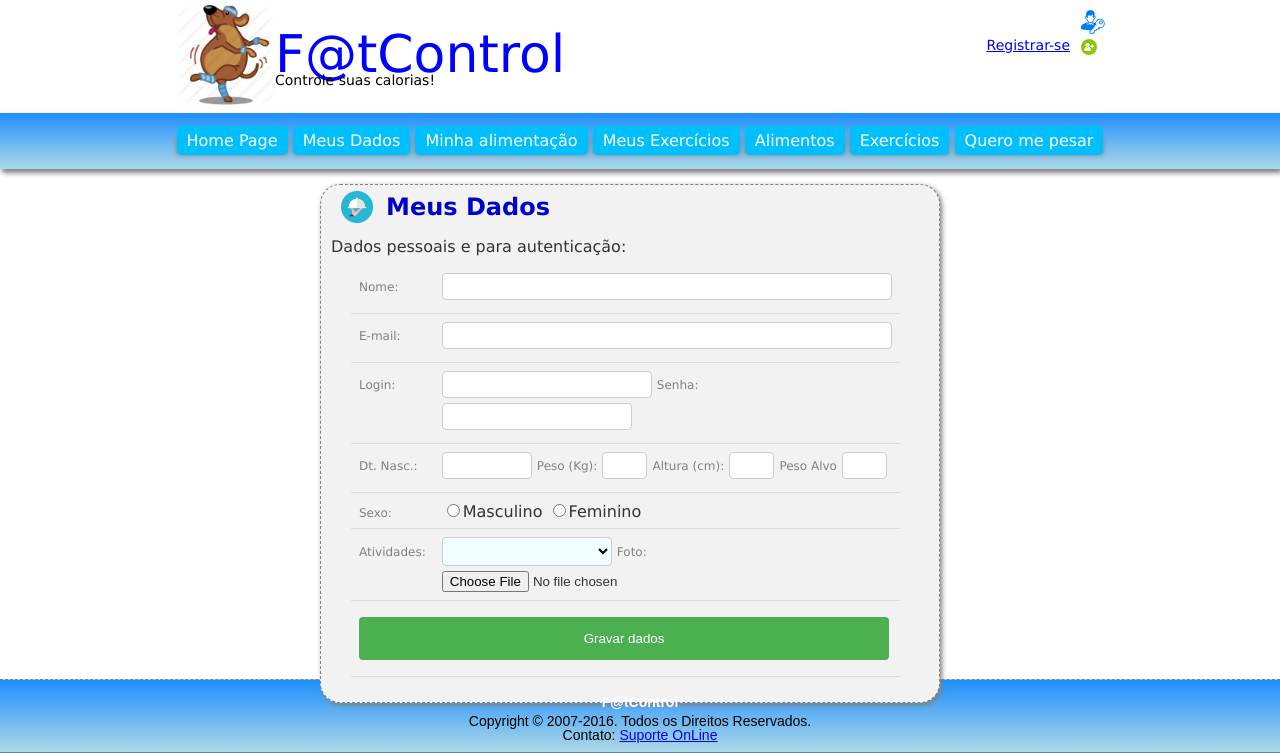
Repository: vinicius-colutti/FatControl-JavaWeb-Project
Page: http://localhost/Final/cadastro.jsp
The author's editor kept a copy of each file at every save. The page is drawn from the files as they stood at one save, then again after the next save.
The browser window is 1280 px wide. The pictures show the whole page.
The page is served by Tomcat 9. Other server files are loaded and not shown. Queries for data that is not in the repository find no rows.

Above is the page before, as saved 2016-12-03 23:30:08.

### jee/Final/WebContent/cadastro.jsp
<%@page import="br.com.fatcontrol.DAO.AtividadeDAO"%>
<%@page import="br.com.fatcontrol.model.Atividade"%>
<%@page import="java.util.List"%>
<%@page import="java.sql.Connection"%>
<%@ page language="java" contentType="text/html; charset=ISO-8859-1"
    pageEncoding="ISO-8859-1"%>

<!DOCTYPE html>
<html>
	<head>
	<%
		AtividadeDAO atividade = new AtividadeDAO();
		List<Atividade> listaAtividade  = atividade.listarAtividade();

	%>
		<meta http-equiv="Content-Type" content="text/html; charset=ISO-8859-1">
		<title>Cadastrar-se</title>
		<link rel="stylesheet" href="css/reset.css">
		<link rel="stylesheet" href="css/estilo.css">
	</head>
		<!-- HEADER -->
		<%@include file="header.jsp"%>
		<!-- FIM HEADER -->

		<body>
			<!-- CONTEÚDO -->
		<div class="conteudo" style=" margin-right:400px;">
			<div class="direita">
				<div class="conteudoDireita">
					<h4 class="tituloMenuDir">Meus Dados</h4>

					<form action="GravarUsuario" method="post" enctype="">
						<fieldset style="display: inline-block;">
							<legend>Dados pessoais e para autenticação:</legend>


								<table style="margin-left: 20px">
									<tr>
										<td><label for="txtNome">Nome:</label></td>
										<td><input type="text" name="txtNome" style="width: 450px;"></td>
									</tr>

									<tr>
										<td><label for="txtEmail">E-mail:</label></td>
										<td><input type="text" name="txtEmail" style="width: 450px;"></td>
									</tr>

									<tr>
										<td><label for="txtLogin">Login:</label></td>
										<td><input  type="text" name="txtLogin" style="width: 210px;"> <label for="txtSenha">Senha:</label>
												<input  type="text" name="txtSenha" style="width: 190px;"></td>
									</tr>

									<tr>
										<td><label for="txtDtNasc">Dt. Nasc.:</label></td>
										<td><input  type="text" name="txtDtNasc" style="width: 90px;">
												<label for="txtPeso">Peso (Kg):</label>
												<input type="text" name="txtPeso" style="width: 45px;">
												<label for="txtAltura">Altura (cm):</label>
												<input type="text" name="txtAltura" style="width: 45px;">
												<label for="txtPesoAlvo">Peso Alvo</label>
												<input type="text" name="txtPesoAlvo" style="width: 45px;"> </td>








									</tr>

									<tr>
										<td><label for="rdSexo">Sexo:</label></td>
										<td><input type="radio" name="rdSexo" value="M">Masculino
												<input type="radio" name="rdSexo" value="F">Feminino<br></td>

									</tr>

									<tr>
										<td><label for="cbAtividades">Atividades:</label></td>
										<td><select name="idAtividade" style="width: 170px; background-color: #F0FFFF;">

													<%
														for (int i = 0; i < listaAtividade.size() ; i++){
															out.print("<option value='" + listaAtividade.get(i).getIdAtividade() + "'>" + listaAtividade.get(i).getDescricao() + "</option>");
														}
													%>
												</select>
												<label for="txtFoto">Foto:</label> <input type="file" name="txtFoto" style="width: 240px;"></td>
									</tr>

									<tr>
										<td colspan="2" align="right"><input type="submit" value="Gravar dados"  style="margin-top: 8px; width: 530px;"></td>
									</tr>

								</table>

						</fieldset>
					</form>

				</div>
			</div>
		</div>
		<!-- FIM CONTEÚDO -->
		<!-- RODAPÉ -->
		<%@include file="footer.jsp"%>
		<!-- FIM RODAPÉ -->

		</body>
</html>

### jee/Final/WebContent/header.jsp

<!-- HEADER -->
<div class="container">
	<div style="padding-left: 5px; padding-right: 5px">
		<header>
			<h1>
				<img alt="FatControl" src="images/logo2.png" width="100"
					height="100">
			</h1>
			<p class="logo">F@tControl</p>
			<p class="subtitulo">Controle suas calorias!</p>
			<p class="login">

				<!--  <a href="#">Login</a>-->
			</p>
			<p class="registrar">
				<a href="cadastro.jsp">Registrar-se</a>
			</p>
		</header>
	</div>
</div>

<nav class="menu-sup">
	<ul>
		<li><a href="index.jsp">Home Page</a></li>
		<li><a href="meusdados.jsp">Meus Dados</a></li>
		<li><a href="minhaalimentacao.jsp">Minha alimentação</a></li>
		<li><a href="#">Meus Exercícios</a></li>
		<li><a href="alimentos.jsp">Alimentos</a></li>
		<li><a href="#">Exercícios</a></li>
		<li><a href="#">Quero me pesar</a></li>
	</ul>
</nav>
<!-- FIM HEADER -->

### jee/Final/WebContent/footer.jsp
<!-- RODAPÉ -->
<div class="rodape">
	<footer>
		<p style="color:white; font-weight: bold; margin-bottom: 5px;">F@tControl</p>
		<p>Copyright © 2007-2016. Todos os Direitos Reservados.</p>
		<p style="margin-bottom: 10px;">Contato: <a href="mailto:suporte@afinasoft.com.br">Suporte OnLine</a></p>
	</footer>
</div>
<!-- FIM RODAPÉ -->

### jee/Final/src/br/com/fatcontrol/DAO/AtividadeDAO.java
package br.com.fatcontrol.DAO;

import java.sql.Connection;
import java.sql.PreparedStatement;
import java.sql.ResultSet;
import java.sql.SQLException;
import java.util.ArrayList;
import java.util.List;

import br.com.fatcontrol.DBUtils.Conexao;
import br.com.fatcontrol.model.Atividade;

public class AtividadeDAO {

	public List<Atividade> listarAtividade(){
		List<Atividade> listaAtividade = new ArrayList();
		Connection con = null;

		try{
			con = Conexao.abrirConexao();

			String sql = "SELECT * FROM tbl_atividade";
			PreparedStatement st = con.prepareStatement(sql);
			ResultSet rs = st.executeQuery();



			while(rs.next()){

				Atividade atividade = new Atividade();
				atividade.setDescricao(rs.getString("descricao"));
				atividade.setIdAtividade(Integer.parseInt(rs.getString("idAtividade")));
				System.out.println(atividade.getDescricao());
				listaAtividade.add(atividade);


			}

			Conexao.fecharConexao(con);


		}catch(SQLException erro){

			System.out.println("erro" + erro.getMessage());
		}catch(Exception e){
			System.out.println("Erro comum" + e.getMessage());
		}


		return listaAtividade;


	}


}

### jee/Final/src/br/com/fatcontrol/DBUtils/Conexao.java
package br.com.fatcontrol.DBUtils;
import java.sql.Connection;
import java.sql.DriverManager;
import java.sql.SQLException;

public class Conexao {
public static Connection abrirConexao(){

		Connection con = null;
		String caminho = "jdbc:mysql://localhost:3306/fatcontrol?user=root&password=bcd127";




		try{
			Class.forName("com.mysql.jdbc.Driver").newInstance();
			con = DriverManager.getConnection(caminho);

		}catch(Exception e){

			System.out.println(e.getMessage());

		}
		return con;

	}

	public static void fecharConexao(Connection con){

		if (con != null){
			try {
				con.close();
			} catch (SQLException e) {
				System.out.println(e.getMessage());
			}

		}

	}

}

### jee/Final/WebContent/css/estilo.css
body {
	color: #333333;
	font-family: "Lucida Sans Unicode", "Lucida Grande", sans serif;
}

.container {
	margin: 0 auto;
	width: 940px;
	padding-bottom: 5px;
	padding-top: 5px;
	padding-left: 0px;
	padding-right: 0px;
}

.conteudo {
	margin: 0 auto;
	margin-top: 5px;
	width: 940px;
	padding-bottom: 5px;
	padding-top: 5px;
	padding-left: 0px;
	padding-right: 0px;
	background-color:;
}

header {
	position: relative;
}

.logo {
	position: absolute;
	top: 18px;
	right: 0;
	font-size: 52px;
	width: 830px;
	height: 26px;
	padding-top: 5px;
	color: #0000FF;
}

.subtitulo {
	position: absolute;
	top: 18px;
	right: 0;
	font-size: 14px;
	width: 830px;
	height: 26px;
	padding-top: 50px;
	color: #000;
}

.login {
	position: absolute;
	top: 0;
	right: 0;
	background: url(../images/login24.png) no-repeat right;
	font-size: 14px;
	padding-right: 35px;
	padding-top: 0px;
	text-align: right;
	width: 200px;
	height: 26px;
	padding-top: 8px;
}

.registrar {
	position: absolute;
	top: 25px;
	right: 8px;
	background: url(../images/user.png) no-repeat right;
	font-size: 14px;
	padding-right: 27px;
	padding-top: 0px;
	text-align: right;
	width: 200px;
	height: 26px;
	padding-top: 8px;
}

.menu-sup {
	margin-top: 0px;
	/*background-color: #0000CD;*/
	background: linear-gradient(#1E90FF, #ADD8E6);
	box-shadow: 2px 4px 5px grey;
}

.menu-sup ul {
	font-size: 16px;
	padding-bottom: 20px;
	padding-top: 20px;
	padding-right: 0px;
	padding-left: 0px;
	text-align: center;
}

.menu-sup ul li {
	height: 50px;
	display: inline;
	margin-left: 0px;
	box-shadow: 0px 5px 5px grey;
}

.menu-sup a:hover {
	color: yellow;
	background-color: #6495ED;
}

.menu-sup a:VISITED {
	color: white;
}

.menu-sup a:LINK {
	color: white;
}

.menu-sup a {
	background-color: #00BFFF;
	padding-bottom: 5px;
	padding-top: 5px;
	padding-right: 10px;
	padding-left: 10px;
	border-radius: 5px;
	text-decoration: none;
}

.rodape {
	clear: both;
	margin-top : 5px;
	/*background-color: #0000CD;*/
	background: linear-gradient(#1E90FF, #ADD8E6);*/
	/*box-shadow: 0px 2px 5px grey;*/
	padding-bottom: 20px;
	padding-top: 15px;
	padding-right: 0px;
	padding-left: 0px;
	text-align: center;
	color: black;
	font-family: "Arial";
	font-size: 14px;
	margin-top: 5px;
	border-top: 1px dashed gray;
	border-bottom: 1px dashed gray;
}

.esquerda {
	float: left;
	margin-right: 0px;
	width: 310px;
	height: 500px;
	margin-bottom: 5px;
}

.direita {
	float: right;
	margin-left: 5px;
	width: 620px;
	height: 500px;
}

.tituloMenuEsq {
	padding-top: 10px;
	padding-bottom: 10px;
	padding-left: 45px;
	color: #0000CD;
	font-size: 24px;
	font-weight: bold;
	border-bottom: 0px solid gray;
	background: url(../images/perfil2.png) no-repeat left;
	margin-left: 20px;
}

.tituloMenuDir {
	padding-top: 10px;
	padding-bottom: 10px;
	padding-left: 45px;
	color: #0000CD;
	font-size: 24px;
	font-weight: bold;
	border-bottom: 0px solid gray;
	background: url(../images/food2.png) no-repeat left;
	margin-left: 20px;
}

.tituloConteudo {
	padding-top: 10px;
	padding-bottom: 10px;
	padding-left: 65px;
	color: #0000CD;
	font-size: 24px;
	font-weight: bold;
	border-bottom: 0px solid gray;
	background: url(../images/food.png) no-repeat left;

}

.imgperfil {
	margin-top: 0px;
	text-align: center;
	border-radius: 70px;
}

.conteudoEsquerdo {
	border: 1px dashed gray;
	border-radius: 20px;
	margin-top: 5px;
	background-color:  #f2f2f2;
	box-shadow: 2px 2px 5px gray;
}

.conteudoDireita {
	border: 1px dashed gray;
	border-radius: 20px;
	margin-top: 5px;
	background-color:  #f2f2f2;
	box-shadow: 2px 2px 5px gray;
}

.destaque {
	font-size: 20px;
	font-weight: bold;
	color: gray;
	margin-top: 2px;
	text-align: center;
	margin-bottom: 20px;
}

.tabelaEsq {
	font-size: 16px;
	font-weight: bold;
	color: gray;
	margin-top: 2px;
	padding: 20px;
}

.tabelaPerfil {
	border-collapse: collapse;
	width: 95%;
	margin-left: 5px;
	margin-right: 10px;
	font-size: 14px;
	margin-bottom: 22px;
}

.tabelaCalorias {
	border-collapse: collapse;
	width: 95%;
	/*margin-left: 15px;
	margin-right: 10px;*/
	margin: auto;
	font-size: 14px;
	margin-bottom: 12px;
}

tr, td {
	padding: 8px;
	text-align: left;
	border-bottom: 1px solid #ddd;
}



tr:HOVER {
	/*background-color: #F0FFFF;;*/
}

.centralizaConteudo {
	padding: 8px;
	text-align: center;
	border-bottom: 1px solid #ddd;
}

th {
	padding: 8px;
	text-align: left;
	border-bottom: 1px solid #ddd;
	background: linear-gradient(#1E90FF, #ADD8E6);
	color: white;
	box-shadow: 2px 2px 5px gray;
}

.formularioLogin {
    border-radius: 20px;
    background-color: #f2f2f2;
    padding: 20px;
    margin-top: 70px;
    width: 300px;
	margin-left: 250px;
	border: 1px dotted gray;
	box-shadow: 5px 5px 10px gray;
}

.textBox[type=text] {
    width: 100%;
    /*padding: 12px 20px;*/
    padding: 7px;
    margin: 8px 0;
    display: inline-block;
    border: 1px solid #ccc;
    border-radius: 4px;
    box-sizing: border-box;
}

.textBox[type=password] {
    width: 100%;
    /*padding: 12px 20px;*/
    padding: 7px;
    margin: 8px 0;
    display: inline-block;
    border: 1px solid #ccc;
    border-radius: 4px;
    box-sizing: border-box;
}

.textBox[type=submit] {
    width: 100%;
    background-color: #4CAF50;
    color: white;
    padding: 14px 20px;
    margin: 8px 0;
    border: none;
    border-radius: 4px;
    cursor: pointer;
}

.textBox[type=submit]:hover {
    background-color: #45a049;
}

.autenticacao {
	float: none;
	margin-left: 5px;
	width: 940px;
	height: 500px;
}

.tituloLogin {
	padding-top: 10px;
	padding-bottom: 0px;
	padding-left: 65px;
	color: gray;
	font-size: 24px;
	/*border-bottom: 1px solid gray;*/
	background: url(../images/autentica64.png) no-repeat left;
	margin-bottom: 20px;
	width: 250px;
	height: 70px;
}

fieldset {
	border: 0px solid #d1d1d1;
	width: 90%;
	margin: auto;
	padding: 10px;
	border-radius: 5px;
	margin-bottom: 12px;
	margin-top: 10px;
	/*box-shadow: 2px 2px 4px gray;*/
}

inputForm {
    width: 20px;
    padding: 2px;
    display: table;
}

label {
	font-size: 14px;
	color: gray;
}

input[type=text], select{
	padding: 5px;
	border: 1px solid #ccc;
    border-radius: 4px;
    box-sizing: border-box;
    margin-bottom: 5px;
}

input[type=submit]{
	background-color: #4CAF50;
    color: white;
    padding: 14px 20px;
    margin: 8px 0;
    border: none;
    border-radius: 4px;
    cursor: pointer;
}

input[type=submit]:HOVER {
	background-color: #45a049;
}


label {
	font-family: "arial" sans serif;
	font-size: 12px;
	color: gray;
}

### jee/Final/WebContent/headerfale.jsp
<!-- HEADER -->
<div class="container">
	<div style="padding-left: 5px; padding-right: 5px">
		<header>
			<h1>
				<img alt="FatControl" src="images/logo2.png" width="100"
					height="100">
			</h1>
			<p class="logo">F@tControl</p>
			<p class="subtitulo">Controle suas calorias!</p>
			<p class="login">

				<%

					if (session.getAttribute("usuario") != null){
						out.print("<a href='sair.jsp'>Sair</a>");
					}
					else {
						out.print("<a href='login.jsp'>Entrar</a>");
					}

				%>
				<!--  <a href="#">Login</a>-->
			</p>
			<p class="registrar">
				<a href="cadastro.jsp">Registrar-se</a>
			</p>
		</header>
	</div>
</div>

<nav class="menu-sup">
	<ul>



	</ul>




</nav>
<!-- FIM HEADER -->

Loaded but not shown: jee/Final/WebContent/css/reset.css (common file)

After the next save:
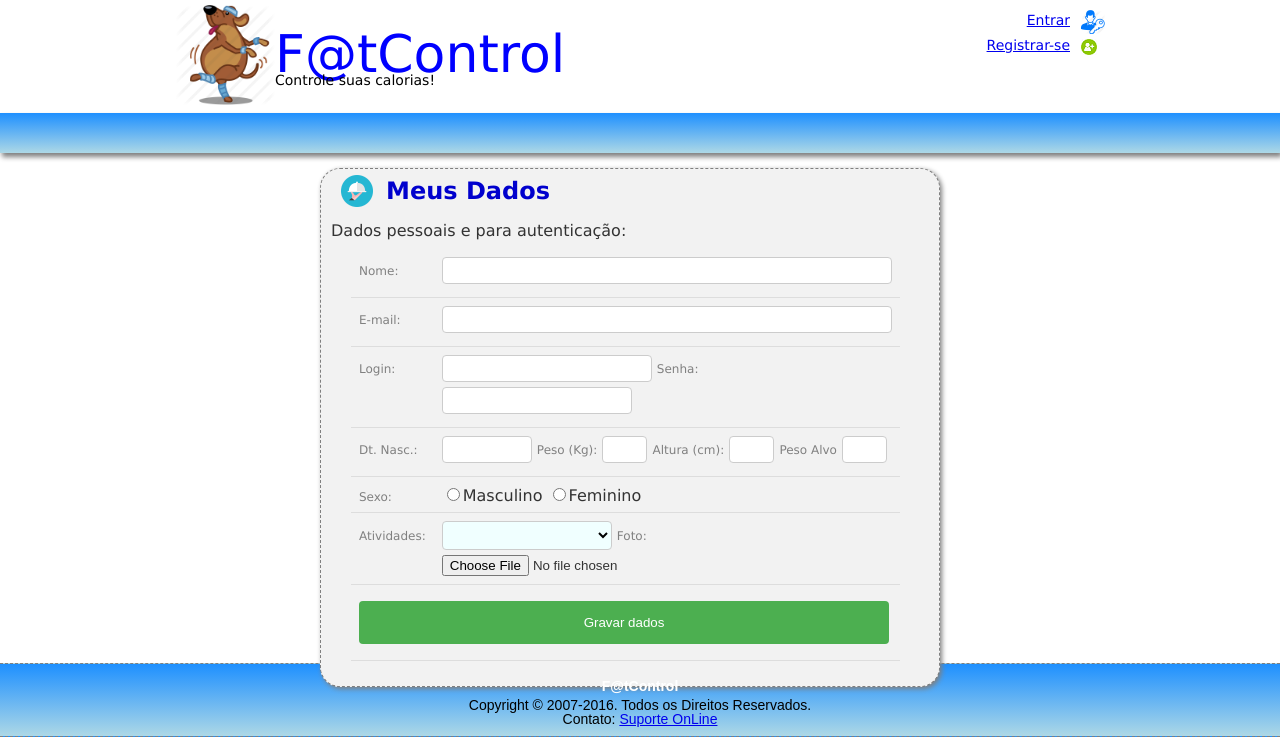
Saved 67 s later.
--- a/jee/Final/WebContent/cadastro.jsp
+++ b/jee/Final/WebContent/cadastro.jsp
@@ -19,7 +19,7 @@
 		<link rel="stylesheet" href="css/estilo.css">
 	</head>
 		<!-- HEADER -->
-		<%@include file="header.jsp"%>
+		<%@include file="headerfale.jsp"%>
 		<!-- FIM HEADER -->
 
 		<body>
